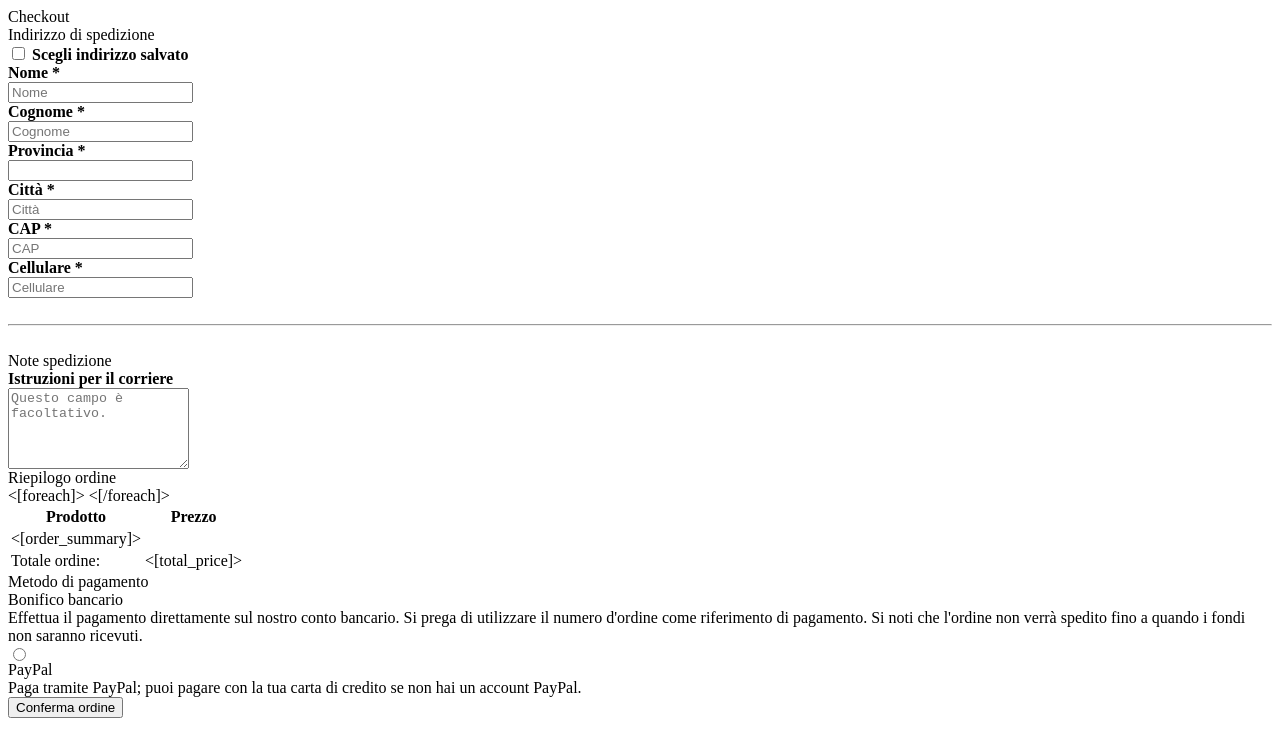
Repository: i4c0ni99/MotorShop
Page: skins/motor-html-package/motor/checkout.html
These files come from the project's save history. The page is drawn as it stood at one moment and after the next save; the edit follows.
The browser window is 1280 px wide. The pictures show the whole page.

Above is the page before, as saved 2024-10-21 17:32:19.

After the next save:
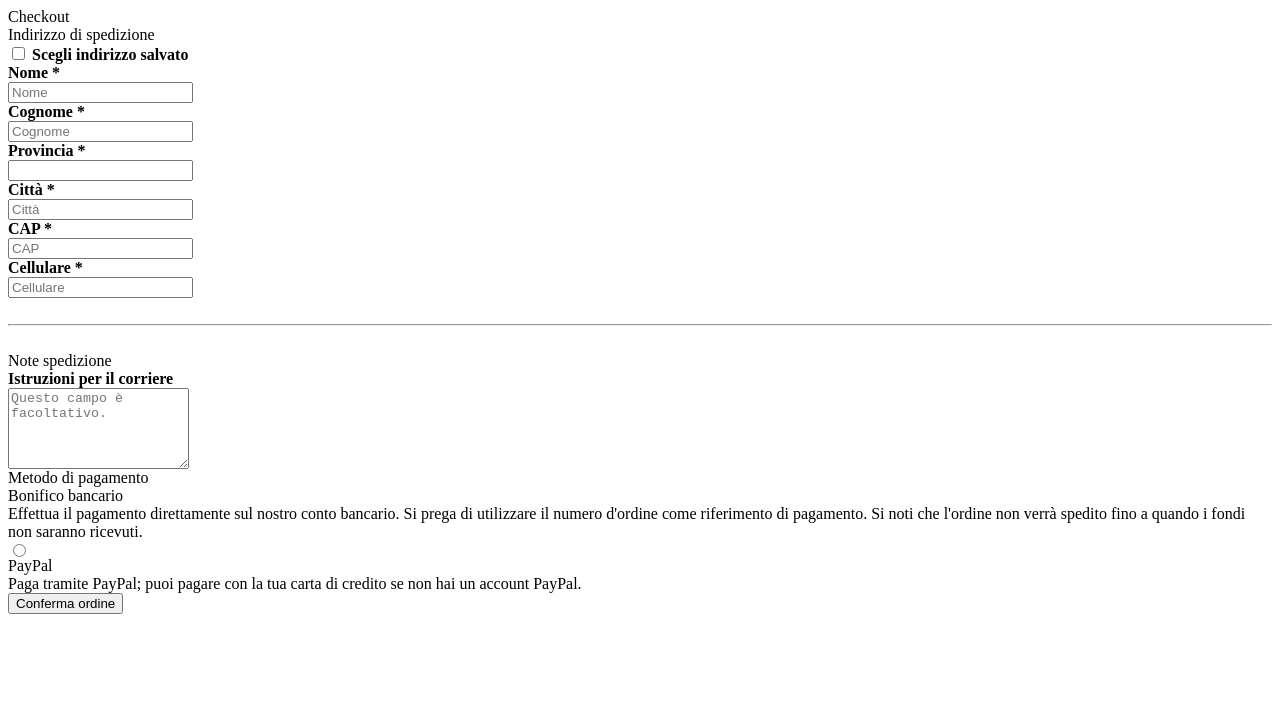
Saved 6 min 28 s later.
--- a/skins/motor-html-package/motor/checkout.html
+++ b/skins/motor-html-package/motor/checkout.html
@@ -139,38 +139,38 @@
       <div class="checkout-block block-coupon-code">
         <div class="row">
 
-          <div class="col-xs-12 col-sm-6 col-md-4 col-coupon-code mv-mb-50">
-            <div class="mv-well-style-2 mv-box-shadow-gray-1 mv-bg-white">
-              <div class="well-2-header">
-                <div class="mv-title-style-13">
-                  <div class="text-main">Riepilogo ordine</div>
-                </div>
-              </div>
-              <div class="well-2-body">
-                <table class="mv-table-style-1">
-                  <thead>
-                    <tr>
-                      <th class="text-uppercase">Prodotto</th>
-                      <th class="text-uppercase">Prezzo</th>
-                    </tr>
-                  </thead>
-                  <tbody>
-                    <[foreach]>
-                      <tr>
-                        <td><[order_summary]></td>
-                      </tr>
-                    <[/foreach]>
-                  </tbody>
-                  <tfoot>
-                    <tr>
-                      <td class="text-uppercase">Totale ordine:</td>
-                      <td class="text-uppercase"><[total_price]></td>
-                    </tr>
-                  </tfoot>
-                </table>
-              </div>
-            </div>
-          </div>
+
+
+
+
+
+
+
+
+
+
+
+
+
+
+
+
+
+
+
+
+
+
+
+
+
+
+
+
+
+
+
+
 
 
           <div class="col-xs-12 col-sm-12 col-md-4 col-cart-totals mv-mb-50">
